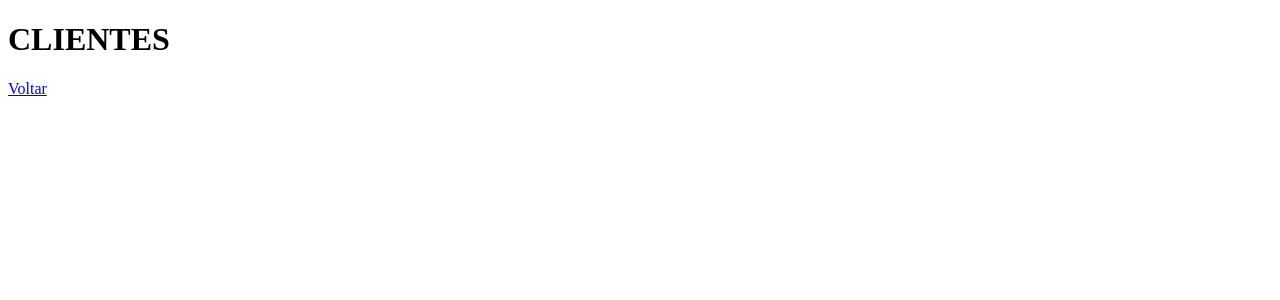
Repository: diegokunha/LojinhaGuru
Page: http://localhost/LojinhaGuru/clientes
The author's editor kept a copy of each file at every save. The page is drawn from the files as they stood at one save, then again after the next save.
The browser window is 1280 px wide. The pictures show the whole page.
Some web libraries are served in a nearby version. The page is served by Tomcat 9. Other server files are loaded and not shown.

Above is the page before, as saved 2017-10-04 00:33:55.

### LojinhaGuru/WebContent/WEB-INF/views/jsp/clientes.jsp
<?xml version="1.0" encoding="ISO-8859-1" ?>
<%@ page language="java" contentType="text/html; charset=ISO-8859-1"
    pageEncoding="ISO-8859-1"%>
<!DOCTYPE html PUBLIC "-//W3C//DTD XHTML 1.0 Transitional//EN" "http://www.w3.org/TR/xhtml1/DTD/xhtml1-transitional.dtd">
<html xmlns="http://www.w3.org/1999/xhtml">
<head>
<meta http-equiv="Content-Type" content="text/html; charset=ISO-8859-1" />
<title>Insert title here</title>
</head>
<body>
<h1>CLIENTES</h1>
<a href="index">Voltar</a>
</body>
</html>

After the next save:
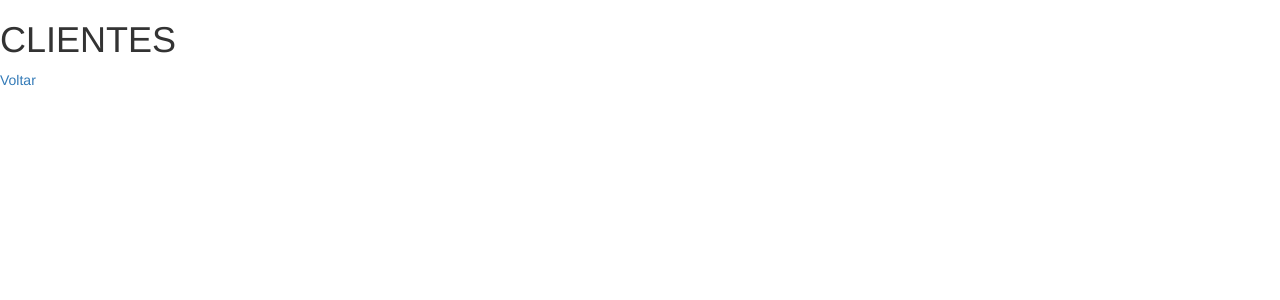
Saved 2 min 16 s later.
--- a/LojinhaGuru/WebContent/WEB-INF/views/jsp/clientes.jsp
+++ b/LojinhaGuru/WebContent/WEB-INF/views/jsp/clientes.jsp
@@ -1,14 +1,27 @@
-<?xml version="1.0" encoding="ISO-8859-1" ?>
-<%@ page language="java" contentType="text/html; charset=ISO-8859-1"
-    pageEncoding="ISO-8859-1"%>
+<?xml version="1.0" encoding="utf-8" ?>
+<%@ page language="java" contentType="text/html; charset=utf-8"
+	pageEncoding="utf-8"%>
 <!DOCTYPE html PUBLIC "-//W3C//DTD XHTML 1.0 Transitional//EN" "http://www.w3.org/TR/xhtml1/DTD/xhtml1-transitional.dtd">
 <html xmlns="http://www.w3.org/1999/xhtml">
 <head>
-<meta http-equiv="Content-Type" content="text/html; charset=ISO-8859-1" />
+<meta http-equiv="Content-Type" content="text/html; charset=utf-8" />
+
+<!-- Latest compiled and minified CSS -->
+<link rel="stylesheet"
+	href="https://maxcdn.bootstrapcdn.com/bootstrap/3.3.7/css/bootstrap.min.css" />
+
+<!-- jQuery library -->
+<script
+	src="https://ajax.googleapis.com/ajax/libs/jquery/3.2.1/jquery.min.js"></script>
+
+<!-- Latest compiled JavaScript -->
+<script
+	src="https://maxcdn.bootstrapcdn.com/bootstrap/3.3.7/js/bootstrap.min.js"></script>
 <title>Insert title here</title>
 </head>
 <body>
-<h1>CLIENTES</h1>
-<a href="index">Voltar</a>
+	<h1>CLIENTES</h1>
+
+	<a href="index">Voltar</a>
 </body>
 </html>
